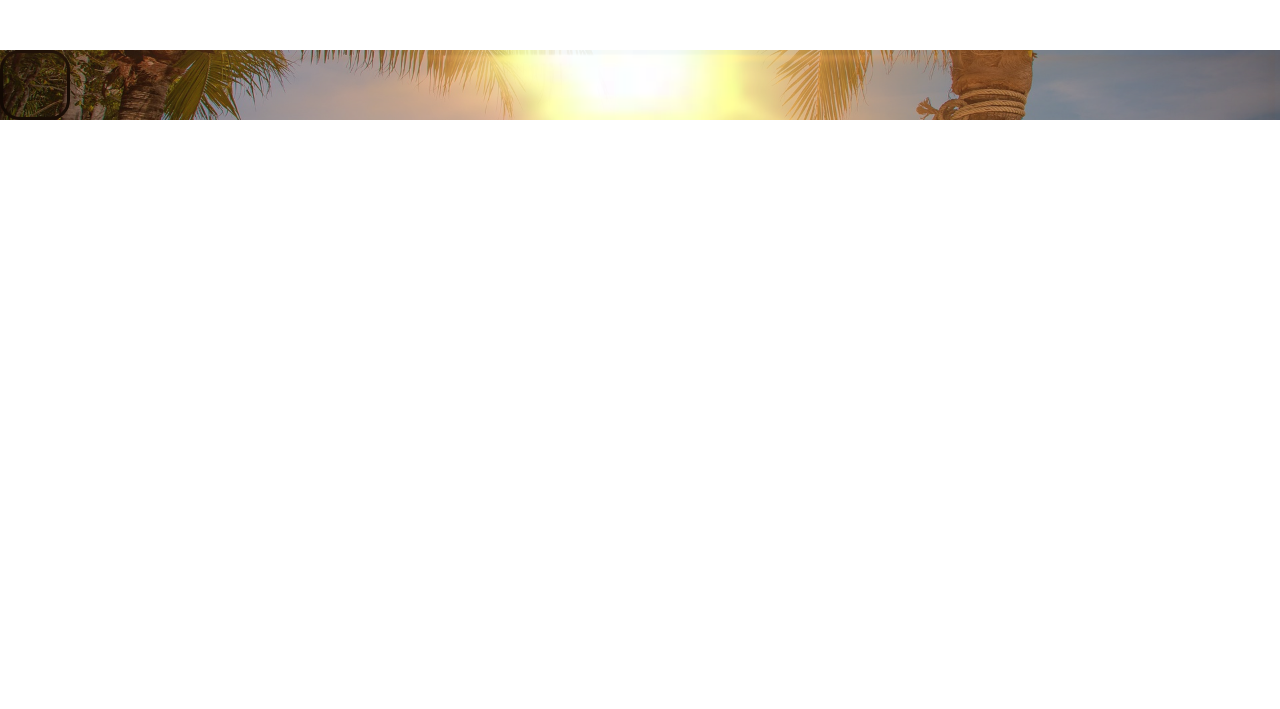
Repository: NadiaSchmitz/wetter.githab.io
Page: index.html
The author's editor kept a record of every edit. The page is drawn from the files as they stood at one moment, then again after the next edit.
The browser window is 1280 px wide. The pictures show the whole page.

Above is the page before.
Console error: SyntaxError: Unexpected end of input

After the next edit:
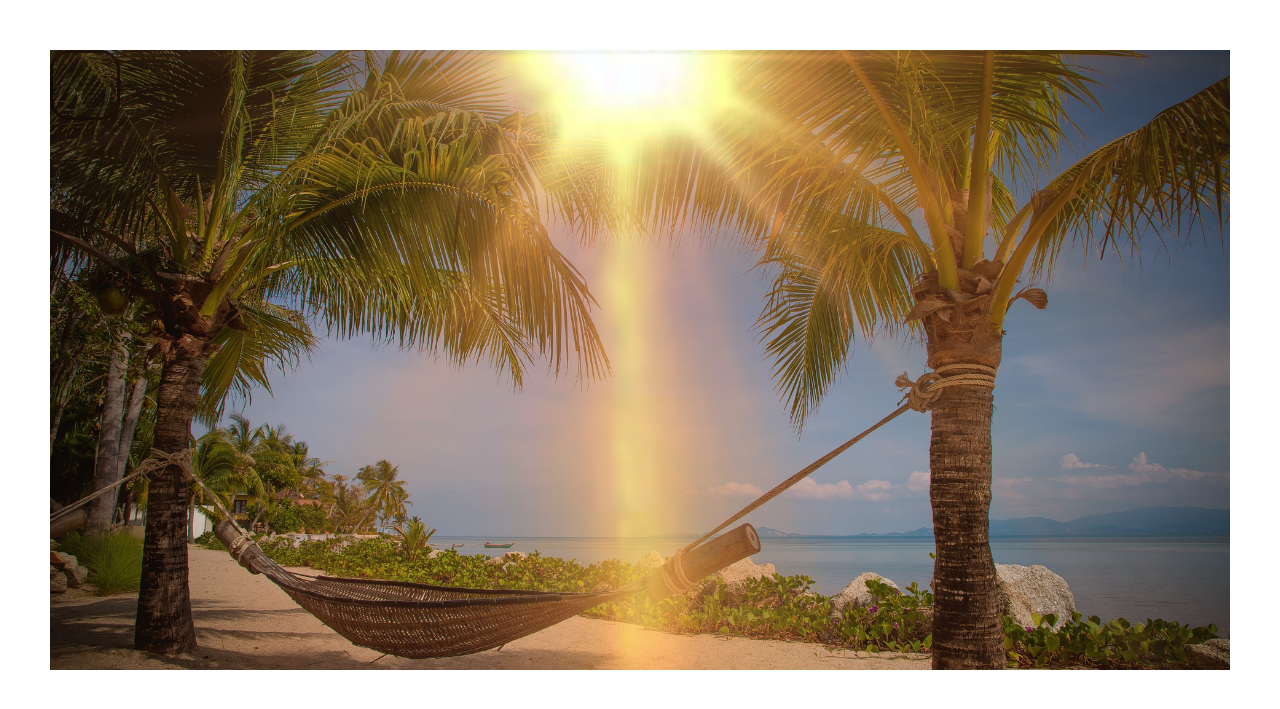
The error is gone.
The edit:
--- a/js/general.js
+++ b/js/general.js
@@ -1,12 +1,13 @@
 $(document).ready(function() {
-var widthScreen = $(window).width() - 100;
-var heightScreen = $(window).height() - 100;
+    var widthScreen = $(window).width() - 100;
+    var heightScreen = $(window).height() - 100;
 
-var screenRatio = widthScreen / heightScreen;
+    var screenRatio = widthScreen / heightScreen;
 
-console.log(widthScreen);
-console.log(heightScreen);
-console.log(screenRatio);
+    console.log(widthScreen);
+    console.log(heightScreen);
+    console.log(screenRatio);
 
-$(".weather").css("width", "widthScreen");
-$(".weather").css("height", "heightScreen");
+    $(".weather").css("width", widthScreen);
+    $(".weather").css("height", heightScreen);
+})
